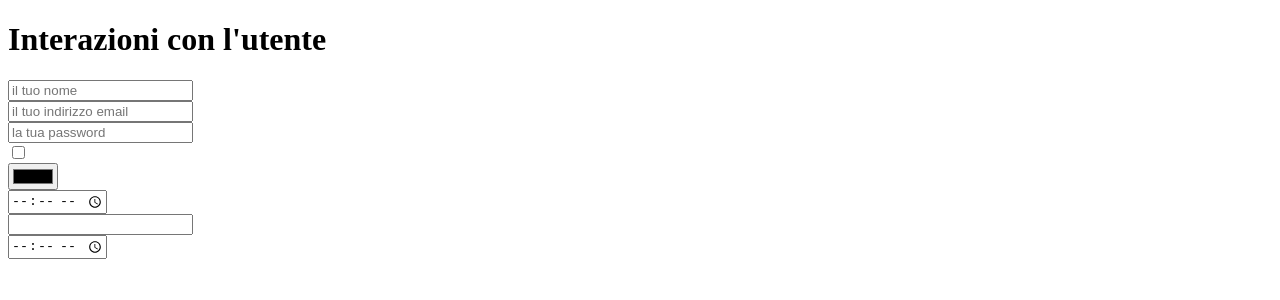
Repository: daniells-21/Pre-Corso-Ch2
Page: Pre-Corso.Ch2/index.html
The author's editor kept a copy of each file at every save. The page is drawn from the files as they stood at one save, then again after the next save.
The browser window is 1280 px wide. The pictures show the whole page.

Above is the page before, as saved 2023-04-12 12:39:30.

### Pre-Corso.Ch2/index.html
<!DOCTYPE html>
<html lang="en">
<head>
    <meta charset="UTF-8">
    <meta http-equiv="X-UA-Compatible" content="IE=edge">
    <meta name="viewport" content="width=device-width, initial-scale=1.0">
    <title>Form e input fields</title>
</head>
<body>
    <h1>Interazioni con l'utente</h1>
    <div>
        <input type="text" placeholder="il tuo nome"/>
    </div>
    <div>
        <input type="email" placeholder="il tuo indirizzo email"/>
    </div>
    <div>
        <input type="password" placeholder="la tua password"/>
    </div>
    <div>
        <input type="checkbox"/>
    </div>
    <div>
        <input type="color"/>
    </div>
    <div>
        <input type="time"/>
    </div>
    <div>
        <input type="date-time picker"/>
    </div>
    <div>
        <input type="time"/>
    </div>
</body>
</html>

After the next save:
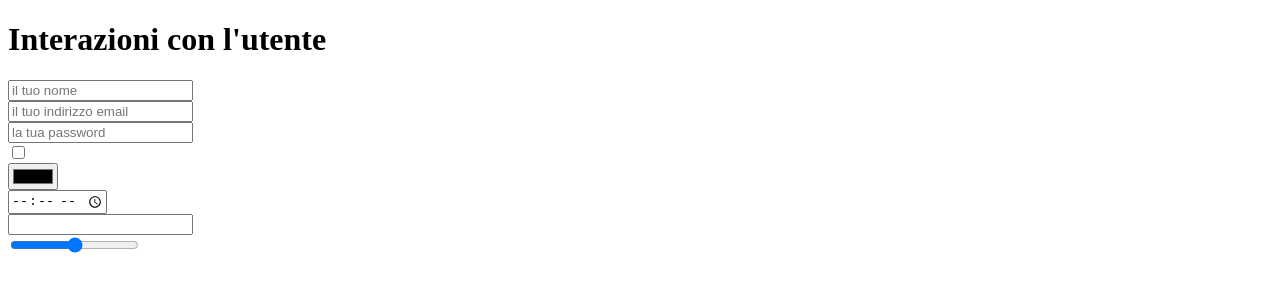
Saved 10 s later.
--- a/Pre-Corso.Ch2/index.html
+++ b/Pre-Corso.Ch2/index.html
@@ -30,7 +30,7 @@
         <input type="date-time picker"/>
     </div>
     <div>
-        <input type="time"/>
+        <input type="range"/>
     </div>
 </body>
 </html>
